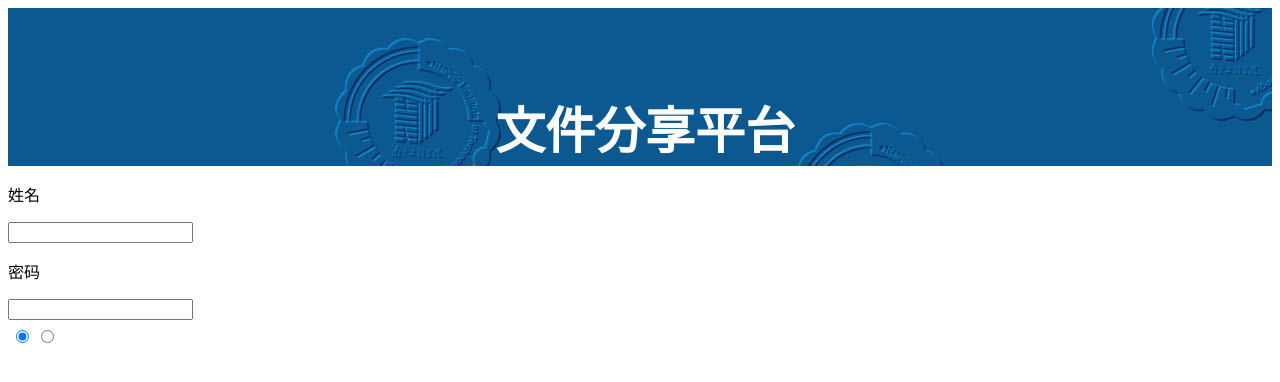
Repository: shunchensaber/Javaweb
Page: http://localhost/Web/Register.jsp
The author's editor kept a copy of each file at every save. The page is drawn from the files as they stood at one save, then again after the next save.
The browser window is 1280 px wide. The pictures show the whole page.
The page is served by Tomcat 9.

Above is the page before, as saved 2019-03-26 15:11:48.

### Web/WebContent/Register.jsp
<%@ page language="java" contentType="text/html; charset=UTF-8"
    pageEncoding="UTF-8"%>
<!DOCTYPE html>
<html>
<head>
<meta charset="ISO-8859-1">
<style type="text/css">
p.a
{
	font-size: 50px;
	color: white;
	font-family: fantasy;
}</style>
<title>注册信息</title>
</head>
<body>
<table style="background-image: url('image/header_bg.jpg');width: 100%">
<tr>
<th><!--  <img src="./image/logo.png" style="padding-left: 150px">--></th>
	<th >
	<p class="a" style="padding-top: 30px;padding-bottom: 0px;margin-bottom: 0px">
	<font face="华文云彩">文件分享平台</font>
	</th>
	</table>
	<table>
	<form action="">
	<tr>
	<p>姓名</p><input type="text" name="userid" >
	</tr>
	<tr>
	<p>密码</p><input type="password" name="userpass">
	</tr>
	<tr>
	<th>
	<input type="radio" name="sex" value="male" checked="checked"></th>
	<th><input type="radio" name="sex" value="female"></th>
	</tr>

	</form>
	</table>

</body>
</html>

After the next save:
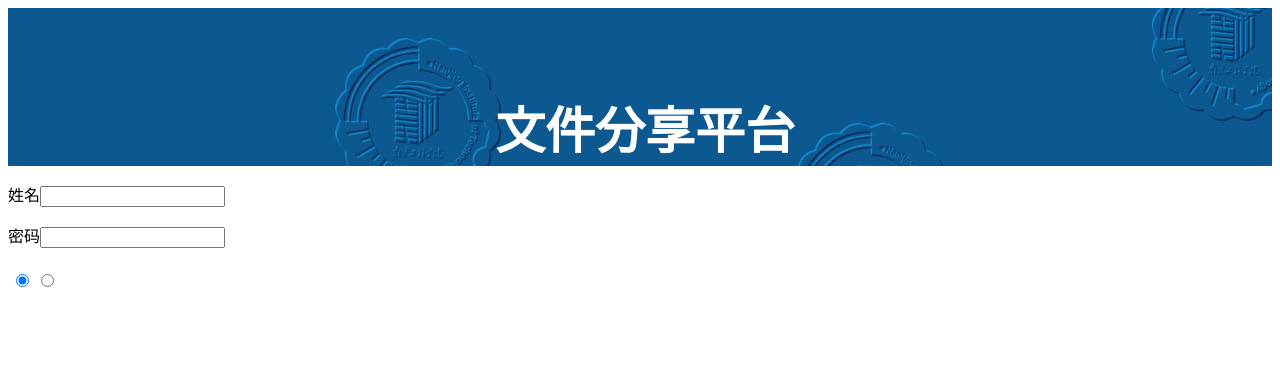
Saved 48 s later.
--- a/Web/WebContent/Register.jsp
+++ b/Web/WebContent/Register.jsp
@@ -25,10 +25,10 @@ p.a
 	<table>
 	<form action="">
 	<tr>
-	<p>姓名</p><input type="text" name="userid" >
+	<p>姓名<input type="text" name="userid" ></p>
 	</tr>
 	<tr>
-	<p>密码</p><input type="password" name="userpass">
+	<p>密码<input type="password" name="userpass"></p>
 	</tr>
 	<tr>
 	<th>
